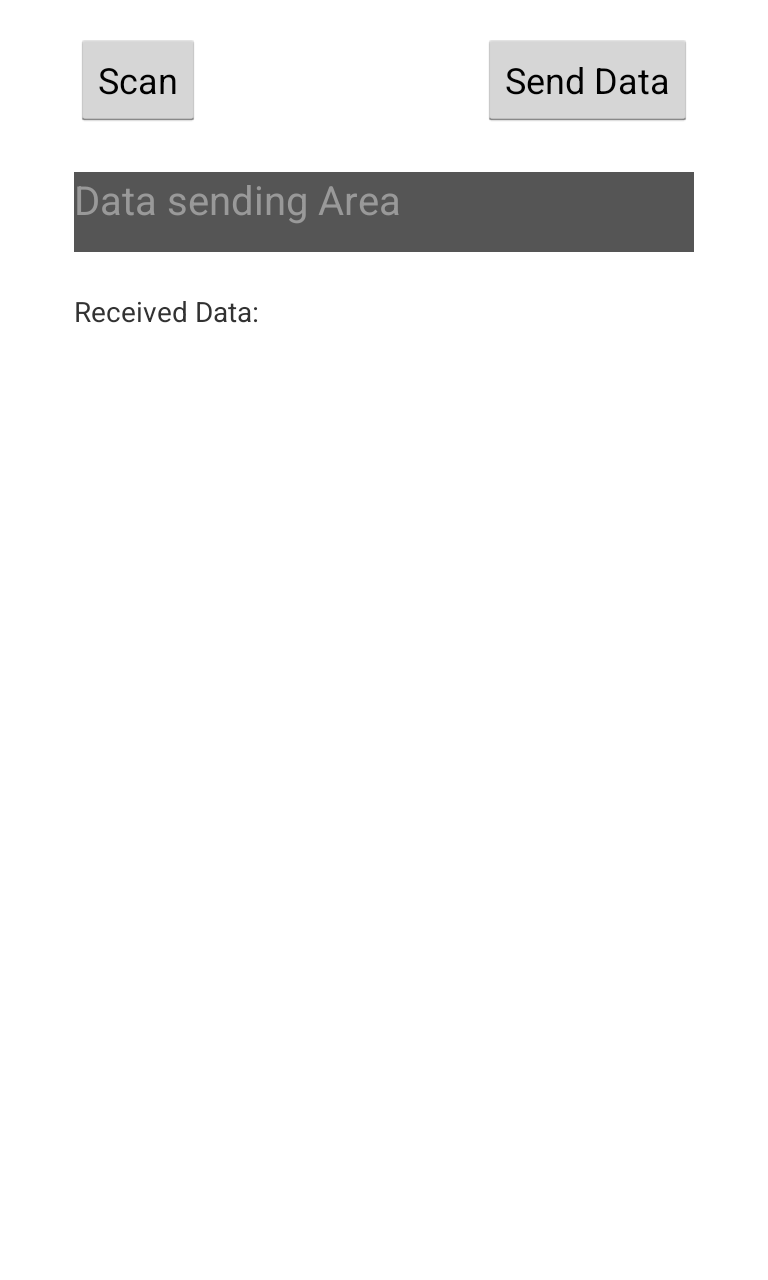
Repository: DFRobot/BlunoBasicDemo
Layout: Android/BlunoBasicDemoWorkspace/BlunoBasicDemo/res/layout/activity_main.xml
The author's editor kept a copy of each file at every save. The layout is drawn from the files as they stood at one save, then again after the next save.
It is drawn on a 768 x 1280 px phone screen (xhdpi) without system bars, with theme AppTheme; the app's code is not run.

Above is the layout before, as saved 2014-07-11 05:00:57.

### Android/BlunoBasicDemoWorkspace/BlunoBasicDemo/res/layout/activity_main.xml
<RelativeLayout xmlns:android="http://schemas.android.com/apk/res/android"
    xmlns:tools="http://schemas.android.com/tools"
    android:layout_width="match_parent"
    android:layout_height="match_parent"
    android:paddingBottom="@dimen/activity_vertical_margin"
    android:paddingLeft="@dimen/activity_horizontal_margin"
    android:paddingRight="@dimen/activity_horizontal_margin"
    android:paddingTop="@dimen/activity_vertical_margin"
    tools:context=".MainActivity" >

    <TextView
        android:id="@+id/textView1"
        android:layout_width="wrap_content"
        android:layout_height="wrap_content" />

    <TextView
        android:id="@+id/serialReveicedText"
        android:layout_width="wrap_content"
        android:layout_height="wrap_content"
        android:layout_alignLeft="@+id/editText2"
        android:layout_below="@+id/editText2"
        android:ems="10"
        android:inputType="textMultiLine"
	/>

    <Button
        android:id="@+id/buttonSerialSend"
        android:layout_width="wrap_content"
        android:layout_height="wrap_content"
        android:layout_above="@+id/serialSendText"
        android:layout_alignRight="@+id/serialSendText"
        android:text="Send Data" />

    <TextView
        android:id="@+id/editText2"
        android:layout_width="wrap_content"
        android:layout_height="wrap_content"
        android:layout_alignLeft="@+id/serialSendText"
        android:layout_below="@+id/serialSendText"
        android:layout_marginTop="20dp"
        android:ems="10"
        android:text="Received Data:" />

    <TextView
        android:id="@+id/serialSendText"
        android:layout_width="310dp"
        android:layout_height="40dp"
        android:layout_below="@+id/buttonScan"
        android:layout_centerHorizontal="true"
        android:layout_marginTop="22dp"
        android:background="#555555"
        android:bufferType="editable"
        android:ems="10"
        android:inputType="text"
        android:text="Data sending Area"
        android:textColor="#999999"
        android:textSize="20dip" />

    <Button
        android:id="@+id/buttonScan"
        android:layout_width="wrap_content"
        android:layout_height="wrap_content"
        android:layout_alignLeft="@+id/serialSendText"
        android:layout_alignParentTop="true"
        android:text="Scan" />

</RelativeLayout>

Loaded but not shown: Android/BlunoBasicDemoWorkspace/BlunoBasicDemo/res/values/styles.xml (common file); Android/BlunoBasicDemoWorkspace/BlunoBasicDemo/res/values-v11/styles.xml (common file); Android/BlunoBasicDemoWorkspace/BlunoBasicDemo/res/values-v14/styles.xml (common file); Android/BlunoBasicDemoWorkspace/BlunoBasicDemo/res/values/dimens.xml (common file)

After the next save:
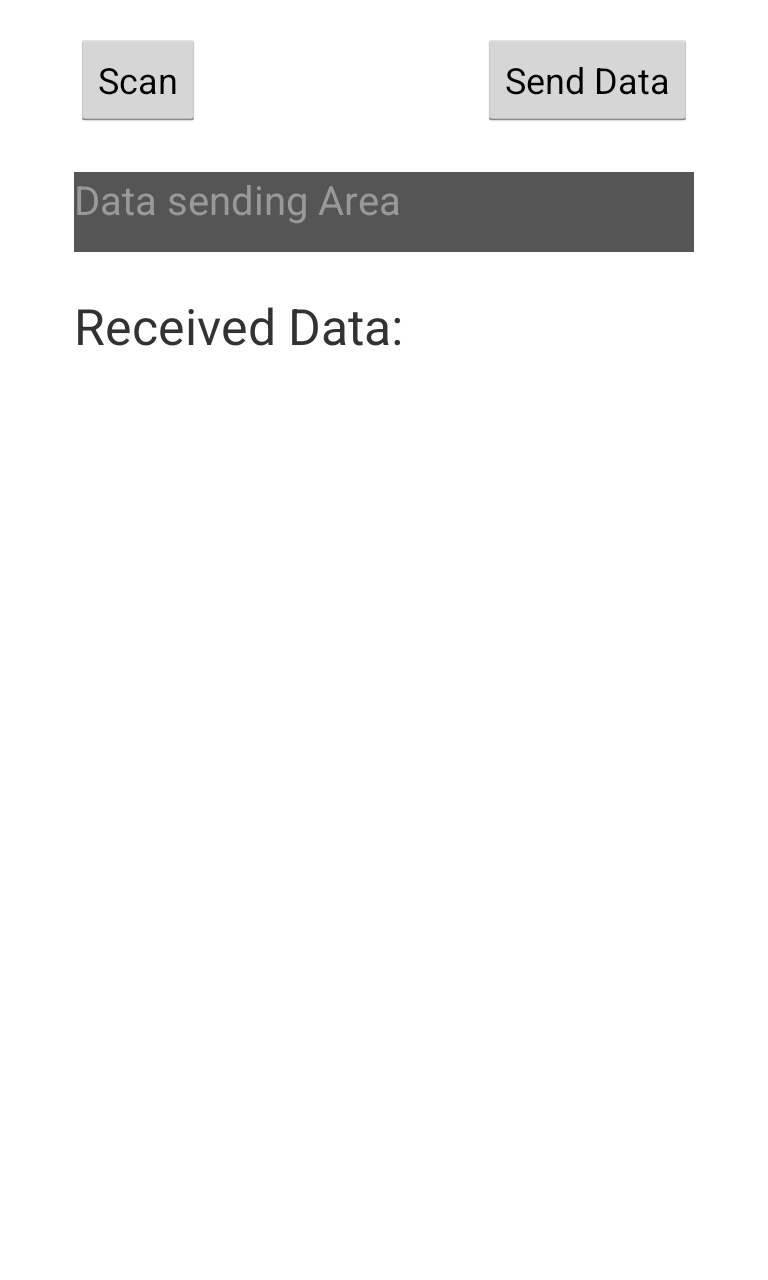
Saved 49 s later.
--- a/Android/BlunoBasicDemoWorkspace/BlunoBasicDemo/res/layout/activity_main.xml
+++ b/Android/BlunoBasicDemoWorkspace/BlunoBasicDemo/res/layout/activity_main.xml
@@ -21,7 +21,7 @@
         android:layout_below="@+id/editText2"
         android:ems="10"
         android:inputType="textMultiLine"
-	/>
+        android:textSize="15sp" />
 
     <Button
         android:id="@+id/buttonSerialSend"
@@ -39,7 +39,8 @@
         android:layout_below="@+id/serialSendText"
         android:layout_marginTop="20dp"
         android:ems="10"
-        android:text="Received Data:" />
+        android:text="Received Data:"
+        android:textSize="25sp" />
 
     <TextView
         android:id="@+id/serialSendText"
